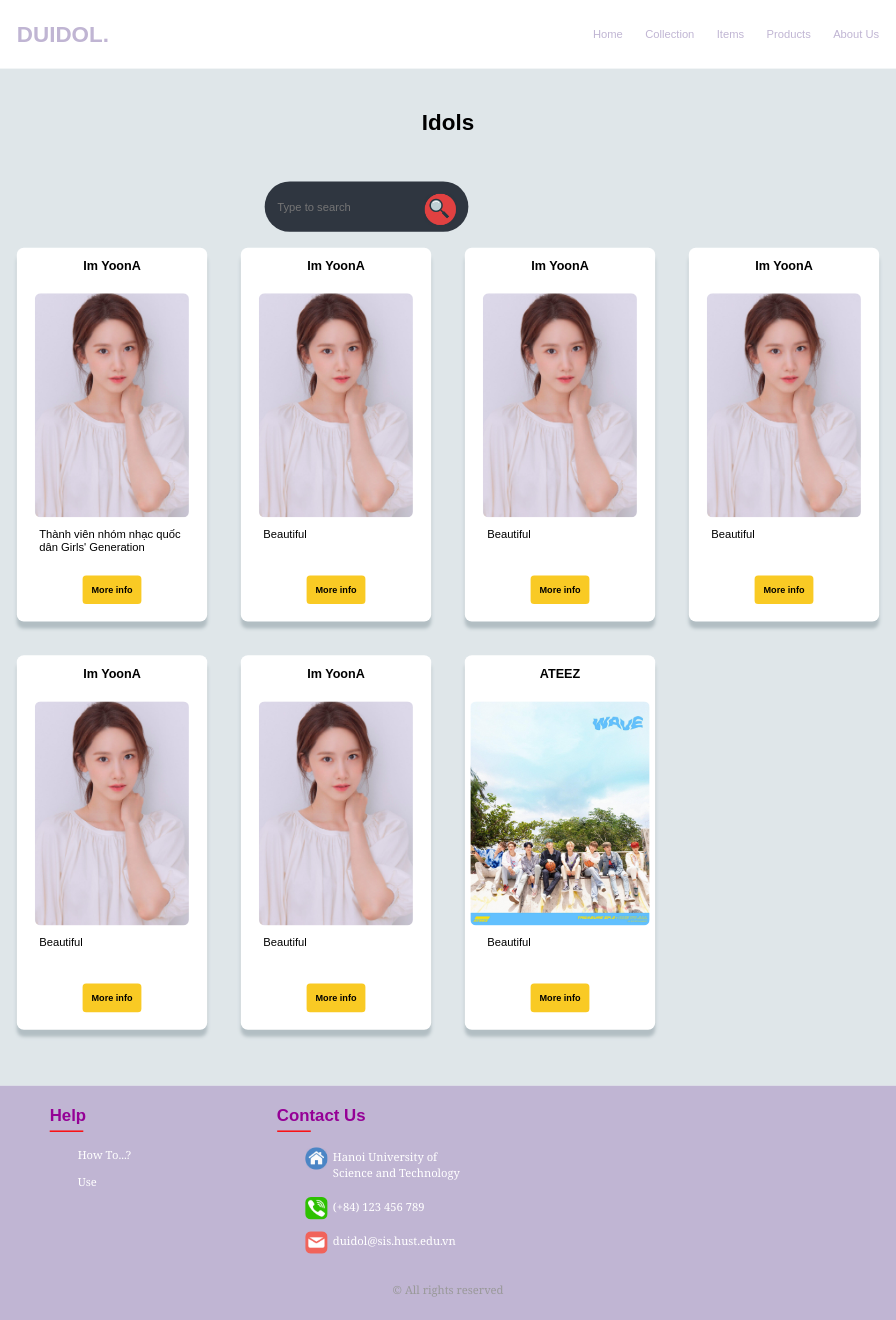
Repository: hangvtt183524/Cong_nghe_Web_va_dich_vu_truc_tuyen_20202
Page: ProjectWeb/src/View/html/idol_list.html
These files come from the project's save history. The page is drawn as it stood at one moment and after the next save; the edit follows.
The browser window is 1280 px wide. The pictures show the whole page, at 70% of full size.

Above is the page before, as saved 2021-05-06 16:44:18.

After the next save:
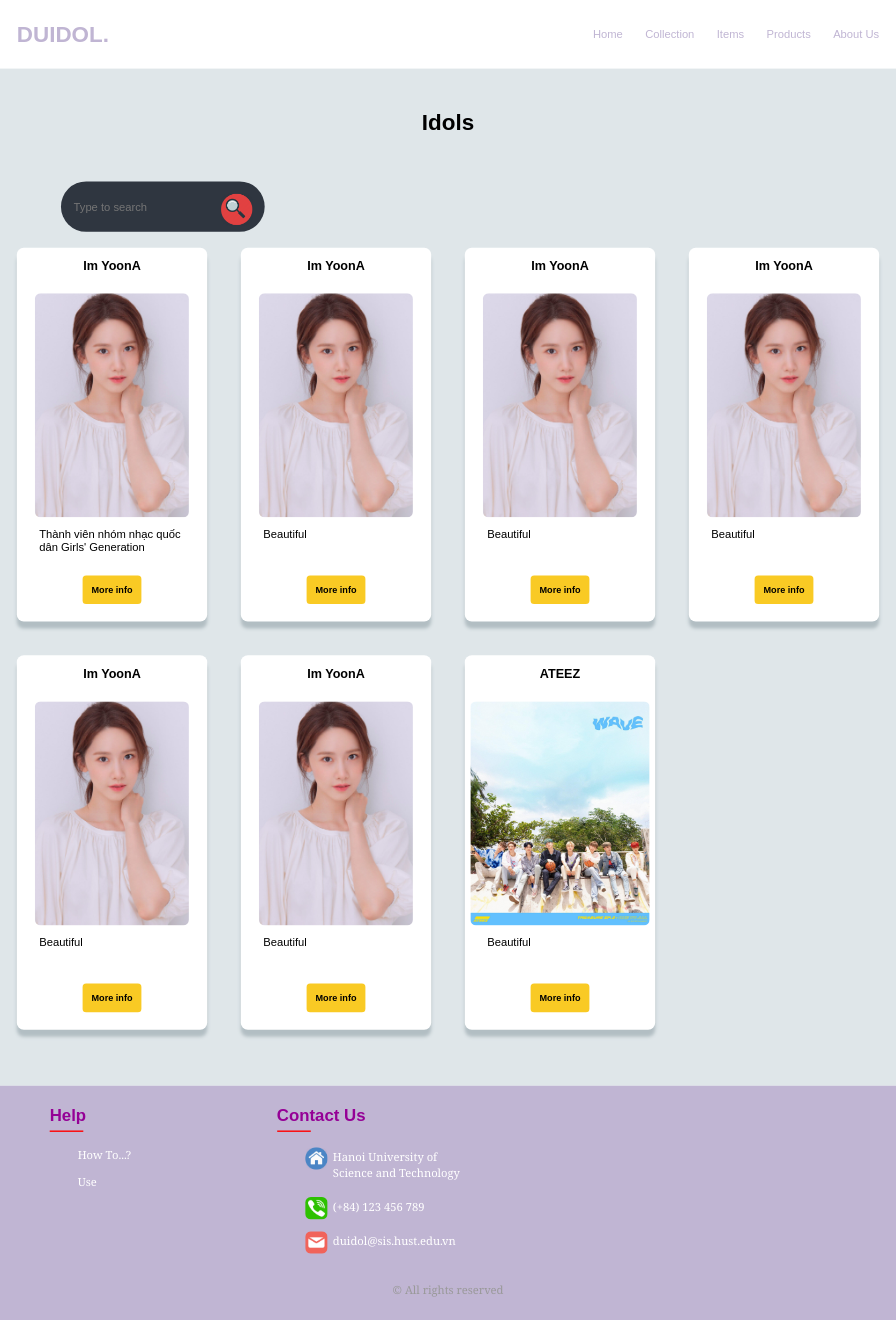
Saved 6 s later.
--- a/ProjectWeb/src/View/css/idol_list.css
+++ b/ProjectWeb/src/View/css/idol_list.css
@@ -21,7 +21,7 @@
 	position: absolute;
 	top: 50%;
 	left: 50%;
-	transform: translate(-90%, -140%);
+	transform: translate(-190%, -140%);
 	background: #2f3640;
 	height: 2.5em;
 	border-radius: 3em;
